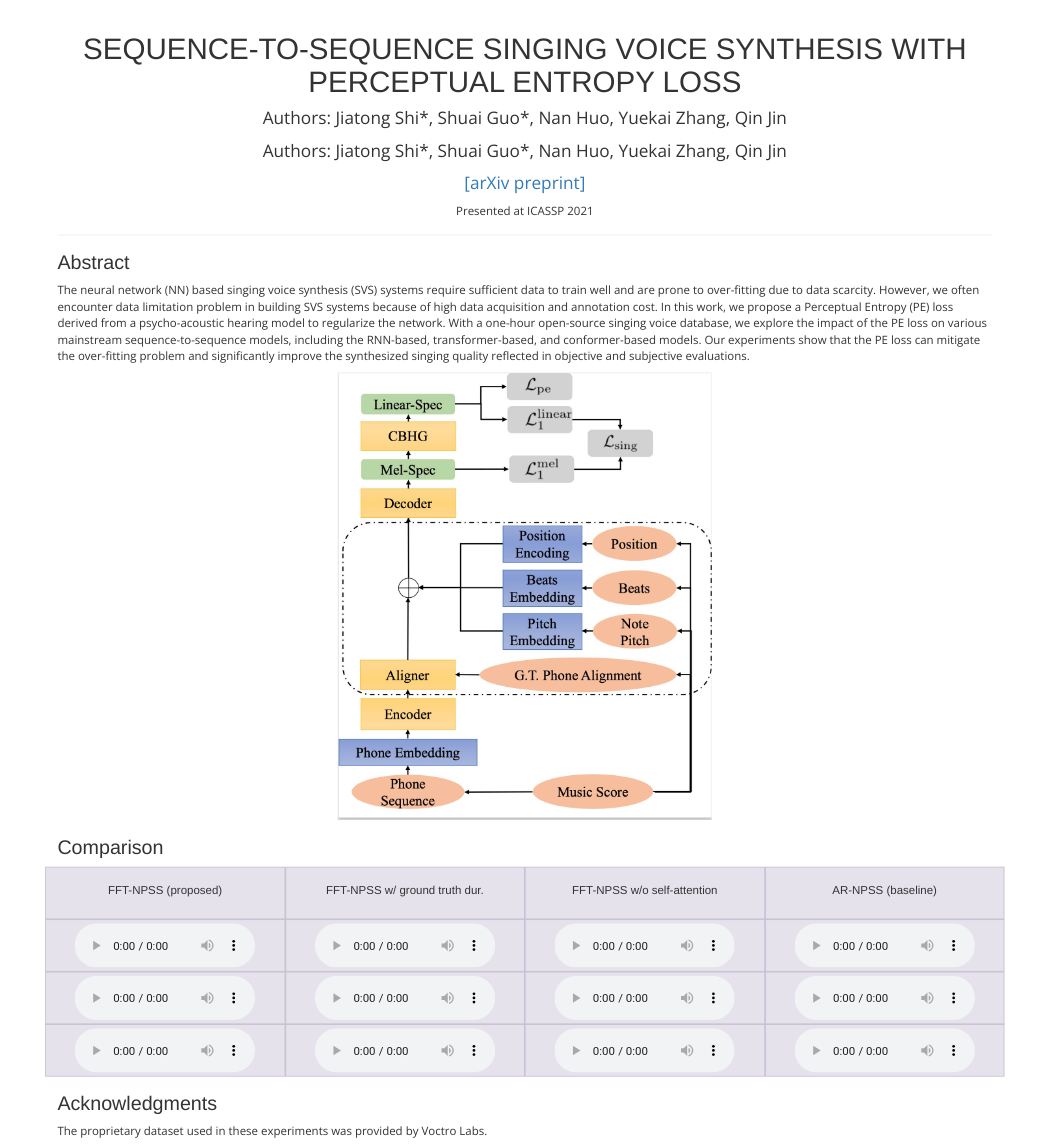
Repository: PeterGuoRuc/SVS_pe.github.io
Page: index.html
These files come from the project's save history. The page is drawn as it stood at one moment and after the next save; the edit follows.
The browser window is 1280 px wide. The pictures show the whole page, at 82% of full size.

Above is the page before, as saved 2021-06-06 16:54:35.

After the next save:
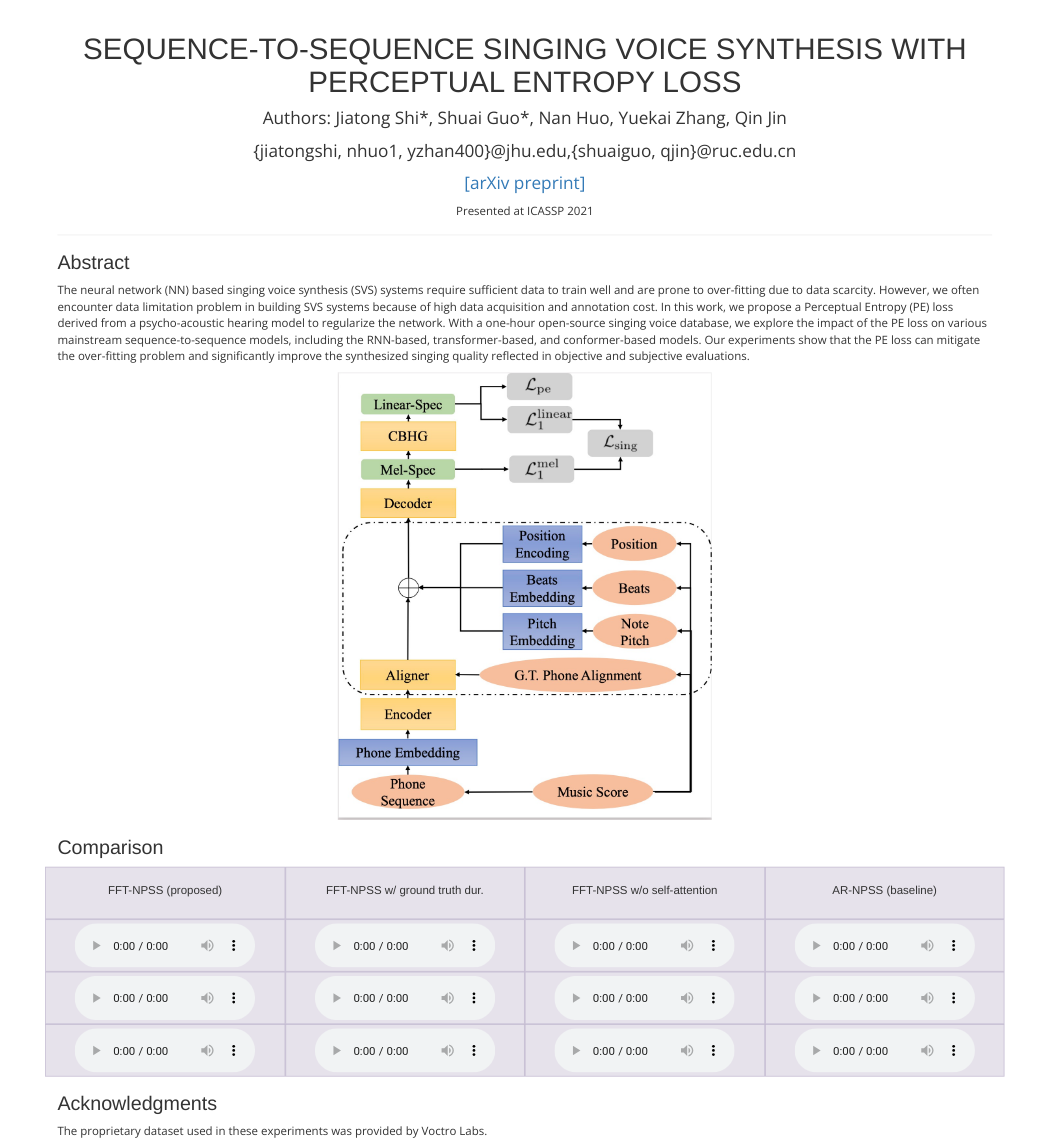
Saved 25 s later.
--- a/index.html
+++ b/index.html
@@ -46,7 +46,7 @@
           Authors: Jiatong Shi*, Shuai Guo*, Nan Huo, Yuekai Zhang, Qin Jin
         </p>
         <p class="lead">
-          Authors: Jiatong Shi*, Shuai Guo*, Nan Huo, Yuekai Zhang, Qin Jin
+          {jiatongshi, nhuo1, yzhan400}@jhu.edu,{shuaiguo, qjin}@ruc.edu.cn
         </p>
         <p class="lead">
           <a class="lead_link" href="https://arxiv.org/abs/2010.12024">[arXiv preprint]</a>
